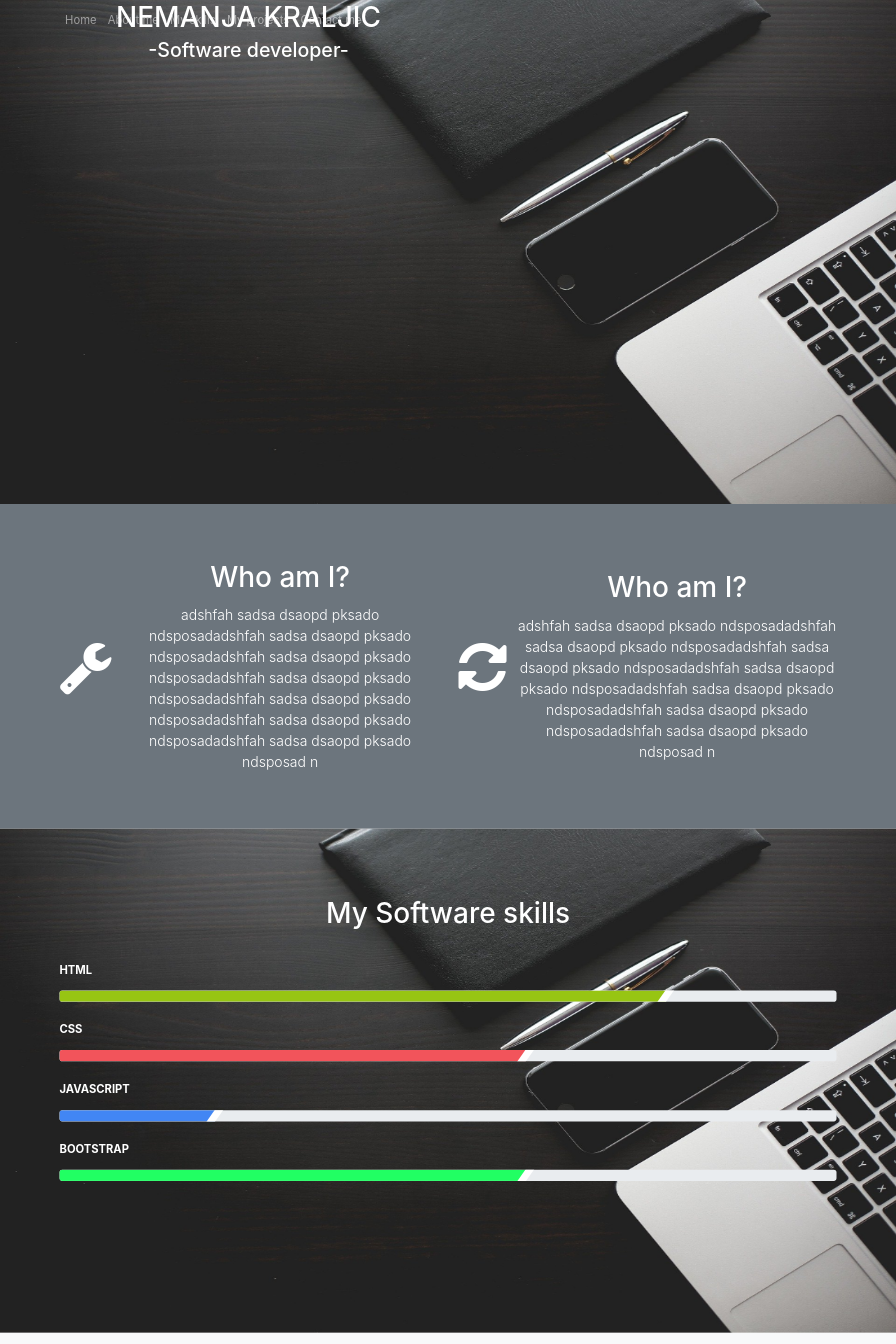
Repository: Kraljiccar/User-Centric-Frontend-Development-Milestone-Project
Page: index.html
The author's editor kept a record of every edit. The page is drawn from the files as they stood at one moment, then again after the next edit.
The browser window is 1280 px wide. The pictures show the part of the page from y = 0 to 1920 px (the page is 3524 px tall), at 70% of full size.
Backgrounds fixed to the window are drawn as part of the page.

Above is the page before.

### index.html
<!DOCTYPE html>
<html lang="en-US">

<head>
    <meta charset="UTF-8">
    <meta name="viewport" content="width=device-width, initial-scale=1.0">
    <meta http-equiv="X-UA-Compatible" content="ie=edge">
    <link rel="stylesheet" href="./assets/css/style.css" type="text/css" />
    <link rel="stylesheet" href="https://stackpath.bootstrapcdn.com/bootstrap/4.3.1/css/bootstrap.min.css" integrity="sha384-ggOyR0iXCbMQv3Xipma34MD+dH/1fQ784/j6cY/iJTQUOhcWr7x9JvoRxT2MZw1T" crossorigin="anonymous">
    <link rel="stylesheet" href="https://stackpath.bootstrapcdn.com/font-awesome/4.7.0/css/font-awesome.min.css" type="text/css" />

    <title>Nemanja Kraljic</title>
</head>

<body data-spy="scroll" data-target="#navbarResponsive">
    <nav class="navbar navbar-expand-sm transparent navbar-dark p-2 fixed-top">
        <div class="container">
  <button class="navbar-toggler" type="button" data-toggle="collapse" data-target="#navbarTogglerDemo03" aria-controls="navbarTogglerDemo03" aria-expanded="false" aria-label="Toggle navigation">
    <span class="navbar-toggler-icon"></span>
  </button>


  <div class="collapse navbar-collapse justify-content-end" id="navbarTogglerDemo03">

    <ul class="navbar-nav mr-auto mt-2 mt-lg-0">
      <li class="nav-item">
        <a class="nav-link" href="#banner">Home <span class="sr-only">(current)</span></a>
      </li>
      <li class="nav-item">
        <a class="nav-link" href="#about-me">About me</a>
      </li>
       <li class="nav-item">
        <a class="nav-link" href="#skills">My skills</a>
      </li>
       <li class="nav-item">
        <a class="nav-link" href="#projects">My projects</a>
      </li>
       <li class="nav-item">
        <a class="nav-link" href="#contact">Contact me</a>
      </li>

    </ul>
    </div>
  </div>
</nav>
    <section id="banner">
        <div class="container">
            <div class="row max-viewport align-items-center text-center">
                <div class="col-md-6 ">
                    <h1 class="text-white text-uppercase">Nemanja Kraljic</h1>
                    <h3 class="text-white">-Software developer-</h2>
                </div>
            </div>
        </div>
    </section>
    <!-----about me----->
    <section id="about-me" class="py-5 bg-secondary">
        <div class="container">
            <div class="row align-items-center text-center text-white">
                <div class="col-sm-12 col-md-6 col-lg-4text-white my-3 d-flex">
                    <i class="fa fa-wrench fa-5x mr-3 align-self-center"></i>
                    <div class="inner-text">
                        <h1 class="my-3">Who am I?</h1>
                        <p class="lead">adshfah sadsa dsaopd pksado ndsposadadshfah sadsa dsaopd pksado ndsposadadshfah sadsa dsaopd pksado ndsposadadshfah sadsa dsaopd pksado ndsposadadshfah sadsa dsaopd pksado ndsposadadshfah sadsa dsaopd pksado ndsposadadshfah sadsa
                            dsaopd pksado ndsposad n</p>

                    </div>
                </div>
                <div class="col-sm-12 col-md-6 col-lg-4text-white my-3 d-flex">
                    <i class="fa fa-refresh fa-5x mr-3 align-self-center"></i>
                    <div class="inner-text">
                        <h1 class="my-3">Who am I?</h1>
                        <p class="lead">adshfah sadsa dsaopd pksado ndsposadadshfah sadsa dsaopd pksado ndsposadadshfah sadsa dsaopd pksado ndsposadadshfah sadsa dsaopd pksado ndsposadadshfah sadsa dsaopd pksado ndsposadadshfah sadsa dsaopd pksado ndsposadadshfah sadsa
                            dsaopd pksado ndsposad n</p>

                    </div>
                </div>

            </div>
        </div>

    </section>
    <!-----skills---->
    <section id="skills" class="p-5">
        <div class="naslov">
            <h1 class="mb-5 mt-5"> My Software skills</h1>
        </div>
        <div class="container">
            <div class="row">
                <div class="col-md-12">
                    <h3 class="progress-title">HTML</h3>
                    <div class="progress">
                        <div class="progress-bar" style="width:78%; background:#97c513;">
                            <div class="progress-value">65%</div>
                        </div>
                    </div>
                    <h3 class="progress-title">CSS</h3>
                    <div class="progress">
                        <div class="progress-bar" style="width:60%; background:#f2545b;">
                            <div class="progress-value">100%</div>
                        </div>
                    </div>
                    <h3 class="progress-title">JAVASCRIPT</h3>
                    <div class="progress">
                        <div class="progress-bar" style="width:20%; background:#4286f4;">
                            <div class="progress-value">75%</div>
                        </div>
                    </div>
                    <h3 class="progress-title">BOOTSTRAP</h3>
                    <div class="progress">
                        <div class="progress-bar" style="width:60%; background:#21ff63;">
                            <div class="progress-value">30%</div>
                        </div>
                    </div>
                </div>
            </div>
        </div>
    </section>

    <section id="projects" class="p-5 bg-light">
        <div class="container">
            <div class="row">
                <div class="col-sm-6 my-3">
                    <img src="assets/images/success.jpg" alt="#" class="img-fluid rounded" alt="picture">
                    <h1 class="my-3">Project One</h1>
                    <p class="text-muted">This is my first ever project, my first website, hope you like it!</p>
                </div>
                <div class="col-sm-6 my-3">
                    <img src="assets/images/under-construction.jpg" alt="#" class="img-fluid rounded" alt="picture">
                    <h1 class="my-3">Project 2</h1>
                    <p class="text-muted">...coming soon.</p>
                </div>
                <div class="col-sm-6 my-3">
                    <img src="assets/images/under-construction.jpg" alt="#" class="img-fluid rounded" alt="picture">
                    <h1 class="my-3">Project #</h1>
                    <p class="text-muted">...coming soon.</p>
                </div>
                <div class="col-sm-6 my-3">
                    <img src="assets/images/under-construction.jpg" alt="#" class="img-fluid rounded" alt="picture">
                    <h1 class="my-3">Project 4</h1>
                    <p class="text-muted">...coming soon.</p>
                </div>


            </div>
        </div>
    </section>
    <section id="contact">
        <div class="container">
            <div class="row justify justify-content-center">
                <div class="col-11 col-md-8 col-lg-6 col-xl-5">
                    <form class="">
                        <div class="card bg-transparent">
                            <div class="row mt-0">
                                <div class="col-md-12 ">
                                    <h4 class="">Contact Me</h4>
                                    <p>Feel free to contact me if you have any projects or job for me.</p>
                                </div>
                            </div>
                            <div class="form-group row mb-3">
                                <div class="col-md-12 mb-0">
                                    <p class="mb-1">Email</p> <input id="e-mail" type="text" placeholder="Enter your email" name="email" class="form-control input-box rm-border">
                                </div>
                            </div>
                            <div class="form-group row">
                                <div class="col-md-12 mb-2">
                                    <p class="mb-1">Message</p> <textarea id="message" type="text" placeholder="Enter your message" name="message" class="form-control input-box rm-border"></textarea>
                                </div>
                            </div>
                            <div class="form-group row justify-content-center mb-0">
                                <div class="col-md-12 px-3"> <input type="submit" value="Submit" class="btn btn-block btn-dark rm-border"> </div>
                            </div>
                        </div>
                    </form>
                </div>
            </div>
        </div>
    </section>
    <section id="footer" class="p-2 bg-dark">
        <div class="container">
            <div class="row">
                <div class="col text-center">
                    <h4 class="text-white text-capiralize">&copy;Copyright Kraljic 2019</h4>
                </div>
            </div>
        </div>

    </section>
    <!-----Script---->
    <script src="https://code.jquery.com/jquery-3.3.1.slim.min.js" integrity="sha384-q8i/X+965DzO0rT7abK41JStQIAqVgRVzpbzo5smXKp4YfRvH+8abtTE1Pi6jizo" crossorigin="anonymous"></script>
    <script src="https://cdnjs.cloudflare.com/ajax/libs/popper.js/1.14.7/umd/popper.min.js" integrity="sha384-UO2eT0CpHqdSJQ6hJty5KVphtPhzWj9WO1clHTMGa3JDZwrnQq4sF86dIHNDz0W1" crossorigin="anonymous"></script>
    <script src="https://stackpath.bootstrapcdn.com/bootstrap/4.3.1/js/bootstrap.min.js" integrity="sha384-JjSmVgyd0p3pXB1rRibZUAYoIIy6OrQ6VrjIEaFf/nJGzIxFDsf4x0xIM+B07jRM" crossorigin="anonymous"></script>
</body>

</html>

### assets/css/style.css
@import url('https://fonts.googleapis.com/css?family=Roboto:400,700&display=swap');

body {
  font-family: 'Roboto', sans-serif;
}




#banner,
#skills {
  background: url("../images/office.jpg"), linear-gradient(rgba(179, 179, 179, 1), rgba(247, 247, 247, 1));
  background-attachment: fixed;
  background-position: center center;
  background-repeat: no-repeat;
  background-size: cover;
  height: 100vh;
}

.naslov {
  color: #fff;
}

.naslov h1 {
  text-align: center;
}

.progress-title {
  font-size: 16px;
  font-weight: 700;
  color: #fff;
  margin: 0 0 20px;
}

.progress {
  height: 20px;
  background: #333;
  border-radius: 0;
  box-shadow: none;
  margin-bottom: 30px;
  overflow: visible
}

.progress-value {
  font-size: 20px;
  color: #fff;
}

.progress .progress-bar {
  position: relative;
  -webkit-animation: animate-positive 2s;
  animation: animate-positive 2s
}

.progress .progress-value {
  display: block;
  font-size: 18px;
  font-weight: 500;
  color: black;
  position: absolute;
  top: -30px;
  right: -25px
}

.progress .progress-bar:after {
  content: "";
  display: inline-block;
  width: 10px;
  background: #fff;
  position: absolute;
  top: -10px;
  bottom: -10px;
  right: -5px;
  z-index: 1;
  transform: rotate(35deg)
}

.img-fluid {
  width:100%;
  height:20%;
  background-position: center;
  background-size: cover;
  background-repeat: no-repeat;

}

#contact {
  width: 100%;
  height: 70vh;

  background-image: url(../images/keyboard.jpg);
  background-position: center center;
  background-size: cover;
  background-attachment: fixed;
}
.box {
    margin: auto
}

.card {
    padding: 8%;
    padding-top: 35px;
    margin-top: 60px;
    margin-bottom: 80px
}

textarea[name="message"] {
    resize: none
}

#e-mail {
    height: 45px
}

#message {
    height: 120px
}

input.input-box,
textarea.input-box {
    background-color: #fff;
    border: #616161;
    color: #BDBDBD
}

input.input-box:focus,
textarea.input-box:focus {
    background-color: #F5F5F5;
    color: #BDBDBD
}

.rm-border:focus {
    border-color: inherit;
    -webkit-box-shadow: none;
    box-shadow: none
}

form .form-control::-webkit-input-placeholder {
    color: #9E9E9E
}

::-moz-placeholder {
    color: #9E9E9E !important
}

After the next edit:
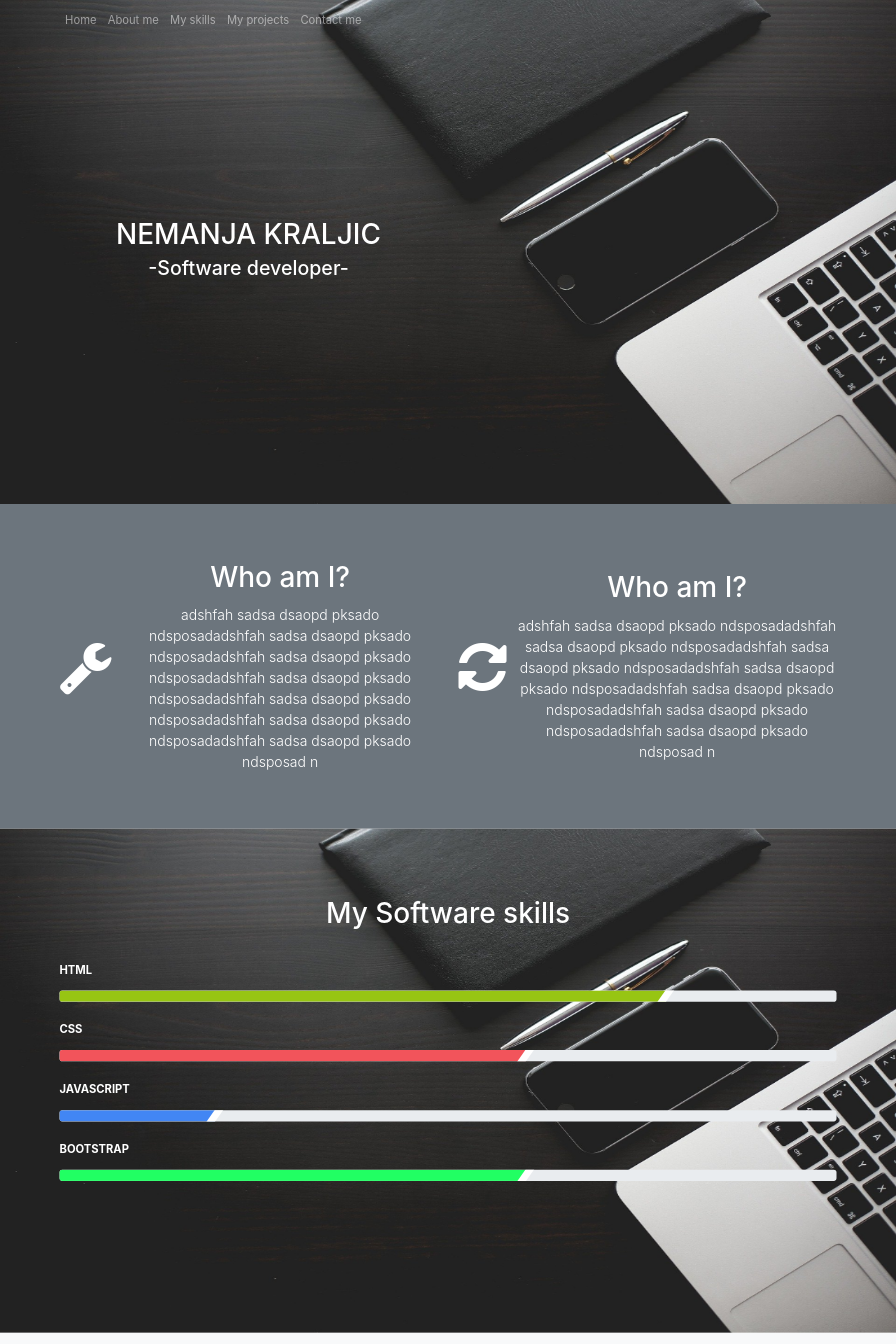
The edit:
--- a/assets/css/style.css
+++ b/assets/css/style.css
@@ -4,7 +4,9 @@
   font-family: 'Roboto', sans-serif;
 }
 
-
+.max-viewport{
+  min-height: 100vh;
+}
 
 
 #banner,
